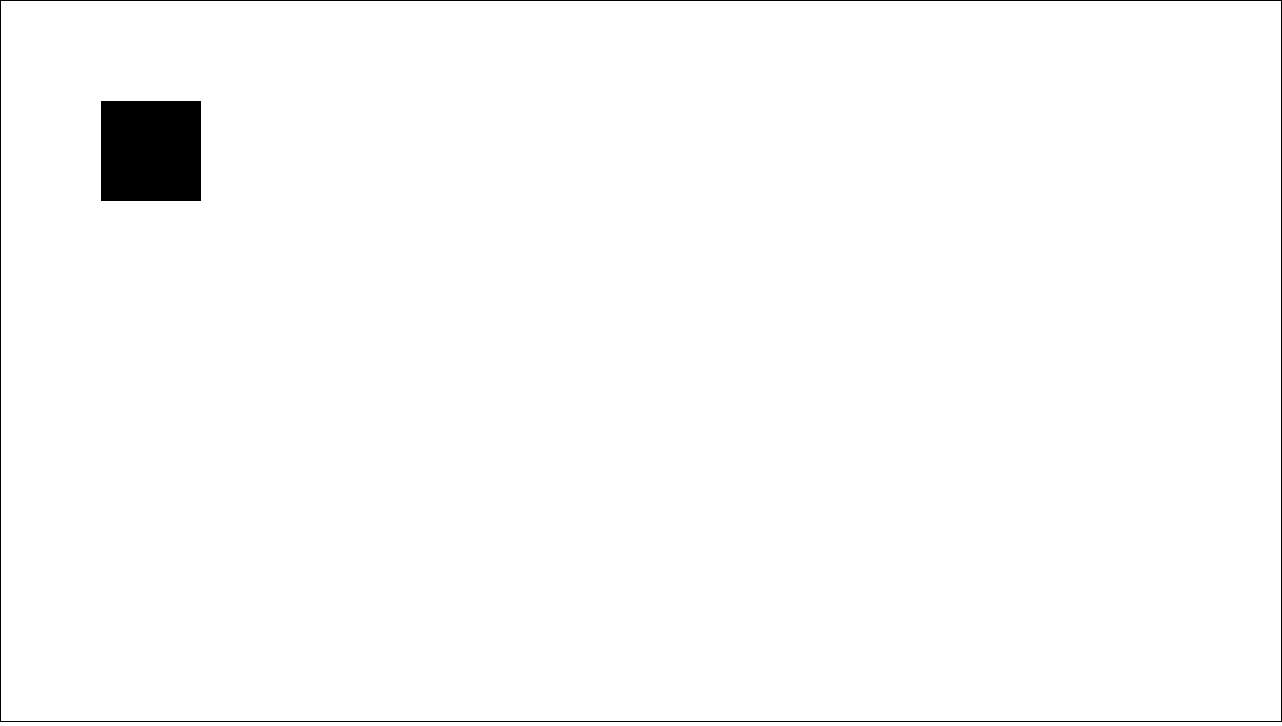
Repository: badhon252/Javascript-practice
Page: 1projects/JavaScript30/08 - Fun with HTML5 Canvas/index-START.html
These files come from the project's save history. The page is drawn as it stood at one moment and after the next save; the edit follows.
The browser window is 1280 px wide. The page is 1282 px wide, so the pictures cover 1282 px, including what lies to the right of the window. The pictures show the whole page.

Above is the page before, as saved 2022-12-02 23:29:26.

After the next save:
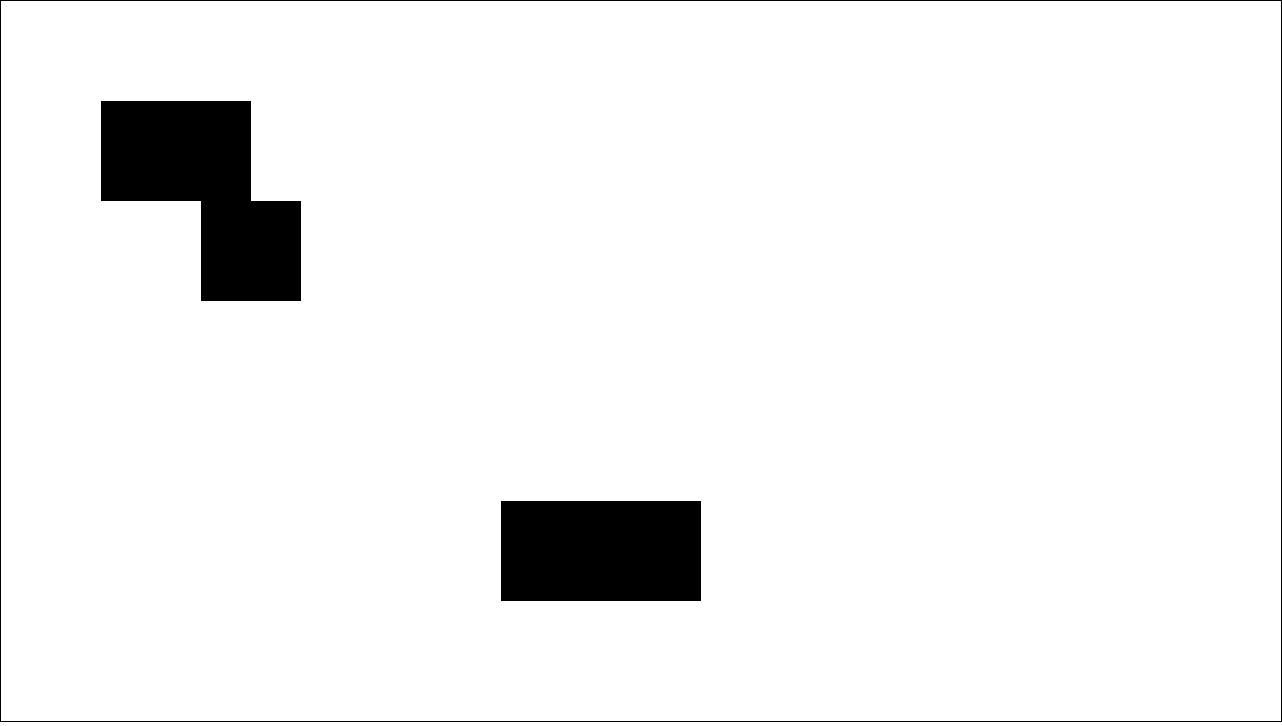
Saved 25 s later.
--- a/1projects/JavaScript30/08 - Fun with HTML5 Canvas/index-START.html
+++ b/1projects/JavaScript30/08 - Fun with HTML5 Canvas/index-START.html
@@ -32,9 +32,9 @@
         canvas.height = window.innerHeight;
 
         // ctx.fillRect(x, y, width, height)
-        ctx.fillRect(100, 100, 100, 100);
-        ctx.fillRect(100, 100, 100, 100);
-        ctx.fillRect(100, 100, 100, 100);
+        ctx.fillRect(100, 100, 150, 100);
+        ctx.fillRect(200, 200, 100, 100);
+        ctx.fillRect(500, 500, 200, 100);
     </script>
 </body>
 
